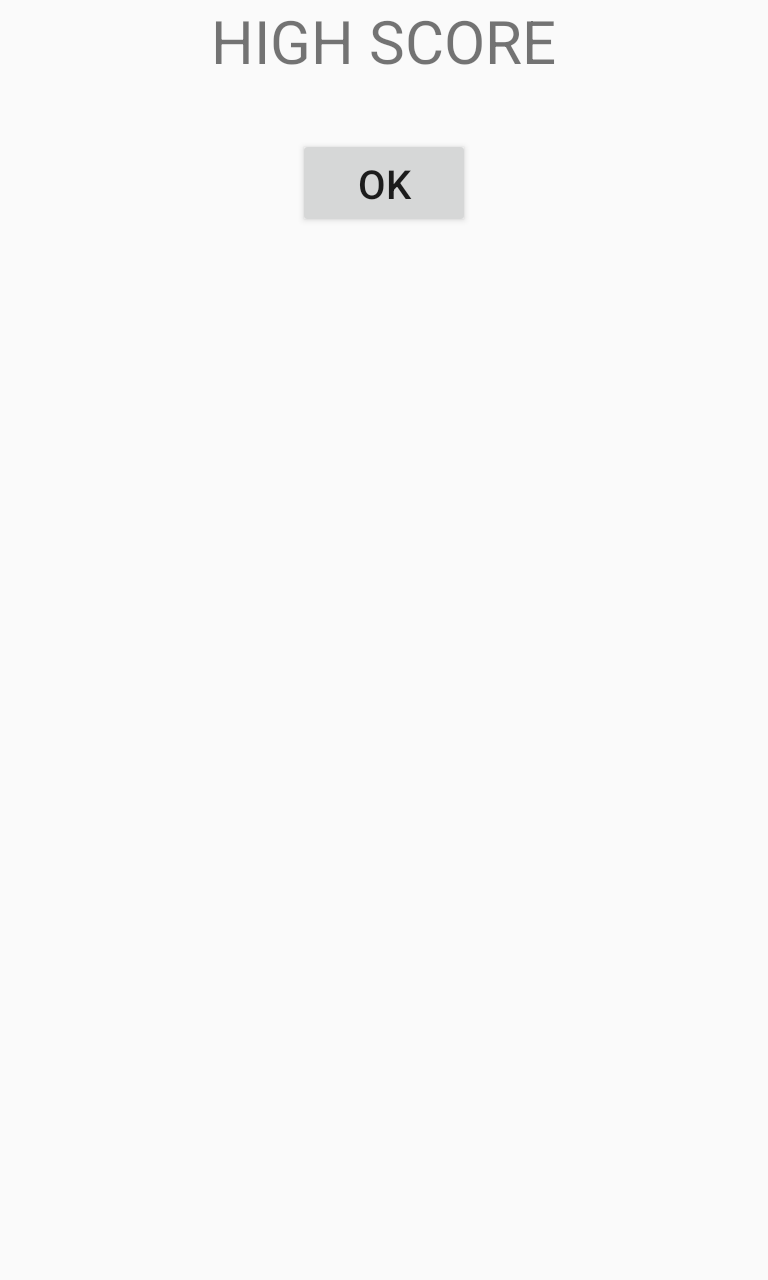
Repository: JoanneCaroll/Mathbomb
Layout: MathBomb/res/layout/activity_highscore.xml
An editor plug-in stored every save of this project. The layout is shown before and after the next save, followed by the edit.
It is drawn on a 768 x 1280 px phone screen (xhdpi) without system bars, with theme AppTheme; the app's code is not run.

Above is the layout before, as saved 2014-11-12 06:04:36.

After the next save:
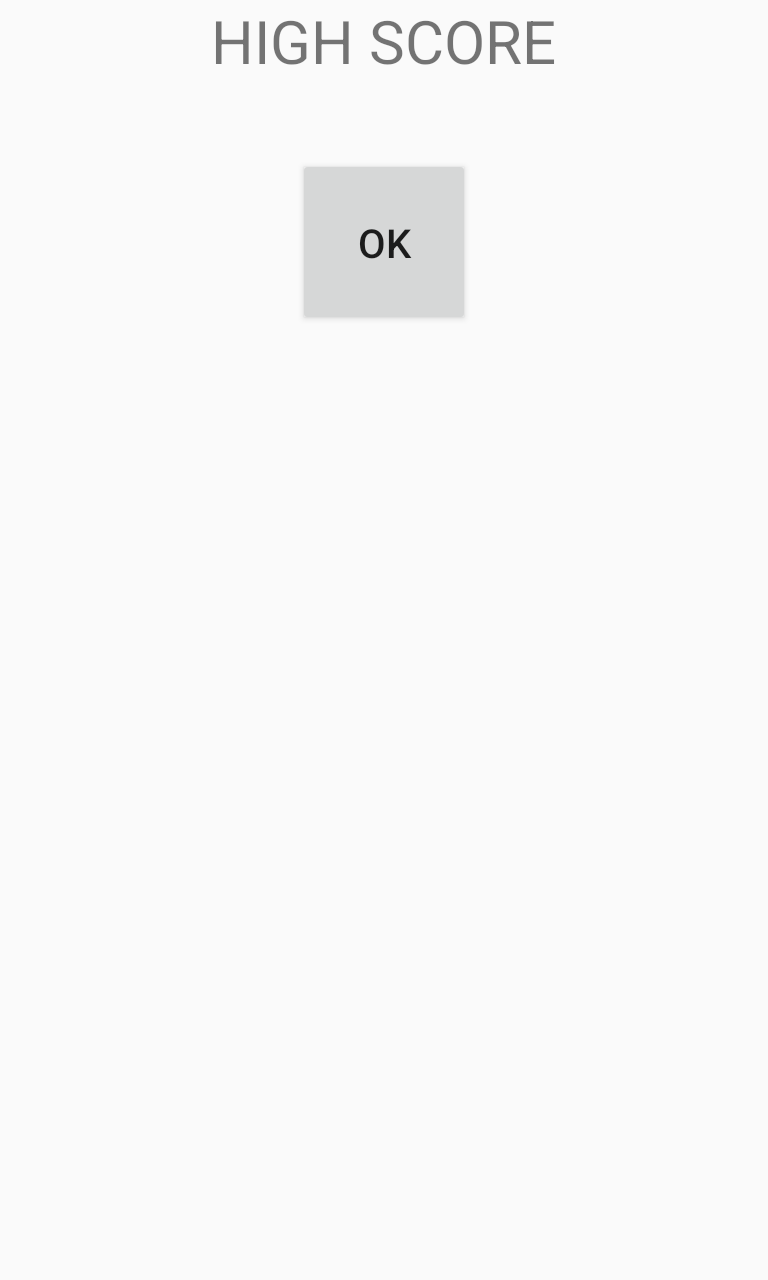
Saved 30 s later.
--- a/MathBomb/res/layout/activity_highscore.xml
+++ b/MathBomb/res/layout/activity_highscore.xml
@@ -22,12 +22,14 @@
             android:id="@+id/score"
             android:layout_width="wrap_content"
             android:layout_height="wrap_content"
-            android:textSize="20dp"/>
+            android:textSize="20dp"
+            android:padding="5dp"/>
         <TextView
             android:id="@+id/date"
             android:layout_width="wrap_content"
             android:layout_height="wrap_content"
-            android:textSize="20dp"/>
+            android:textSize="20dp"
+            android:padding="5dp"/>
    </LinearLayout>
 
    <Button
@@ -35,6 +37,7 @@
        	android:id="@+id/ok_highscore"
         android:layout_width="wrap_content"
         android:layout_height="wrap_content"
+        android:padding="30dp"
         android:textSize="20dp"
         android:text="OK"/>
 
